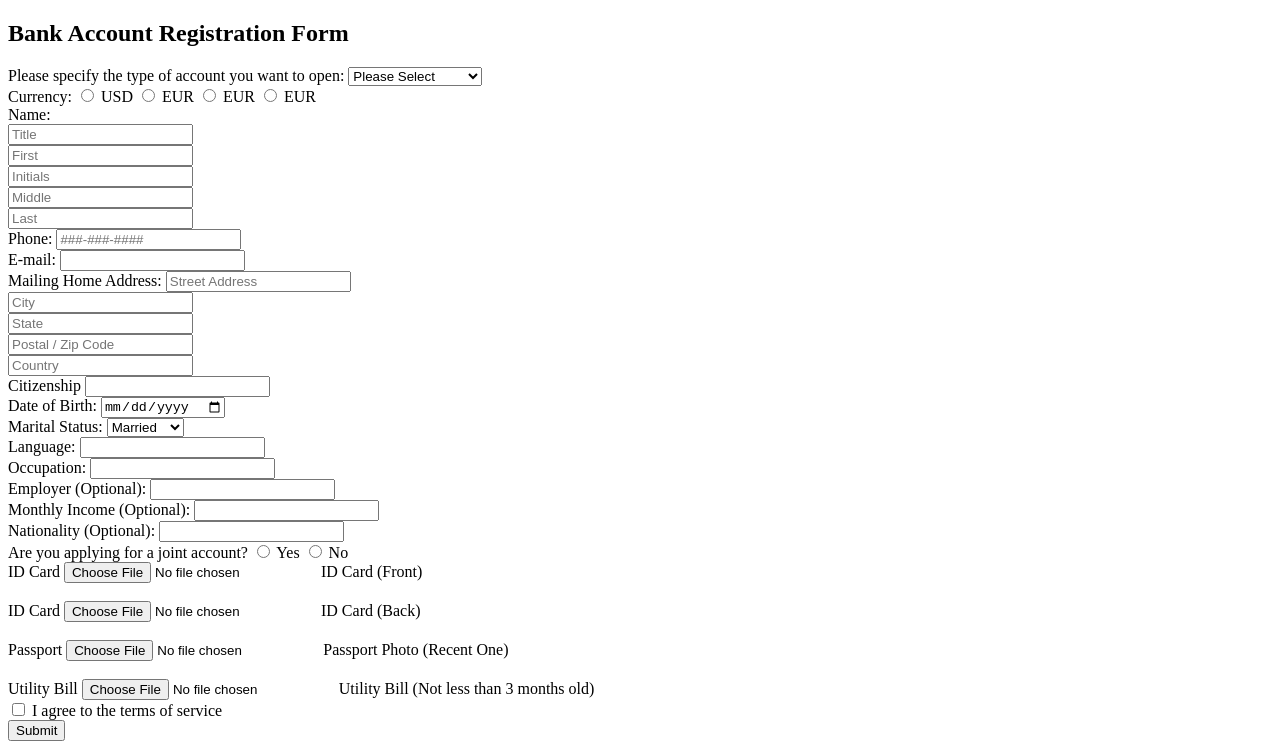
Repository: hizeetech/First-Assignment
Page: sign_up.html
An editor plug-in stored every save of this project. The page is shown before and after the next save, followed by the edit.
The browser window is 1280 px wide. The pictures show the whole page.

Above is the page before, as saved 2024-11-09 02:36:04.

After the next save:
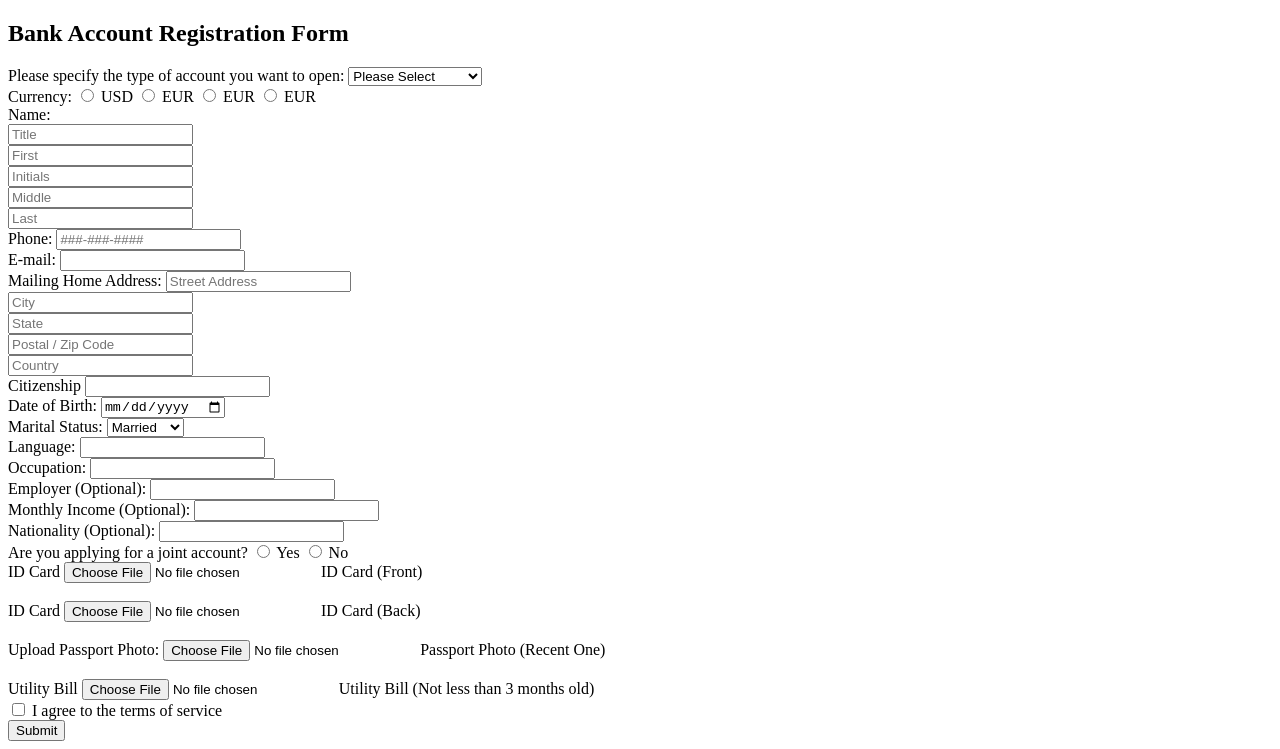
Saved 3 min 52 s later.
--- a/sign_up.html
+++ b/sign_up.html
@@ -113,7 +113,7 @@
             <label>ID Card</label>
             <input type="file" accept="image/png, image/jpg, image/jpeg, image/webp, image/gif">
             <label for="id-card">ID Card (Back)</label><br><br>
-            <label>Passport</label>
+            <label for="passportPhoto">Upload Passport Photo:</label>
             <input type="file" accept="image/png, image/jpg, image/jpeg, image/webp, image/gif">
             <label for="id-card">Passport Photo (Recent One)</label><br><br>
             <label>Utility Bill</label>
